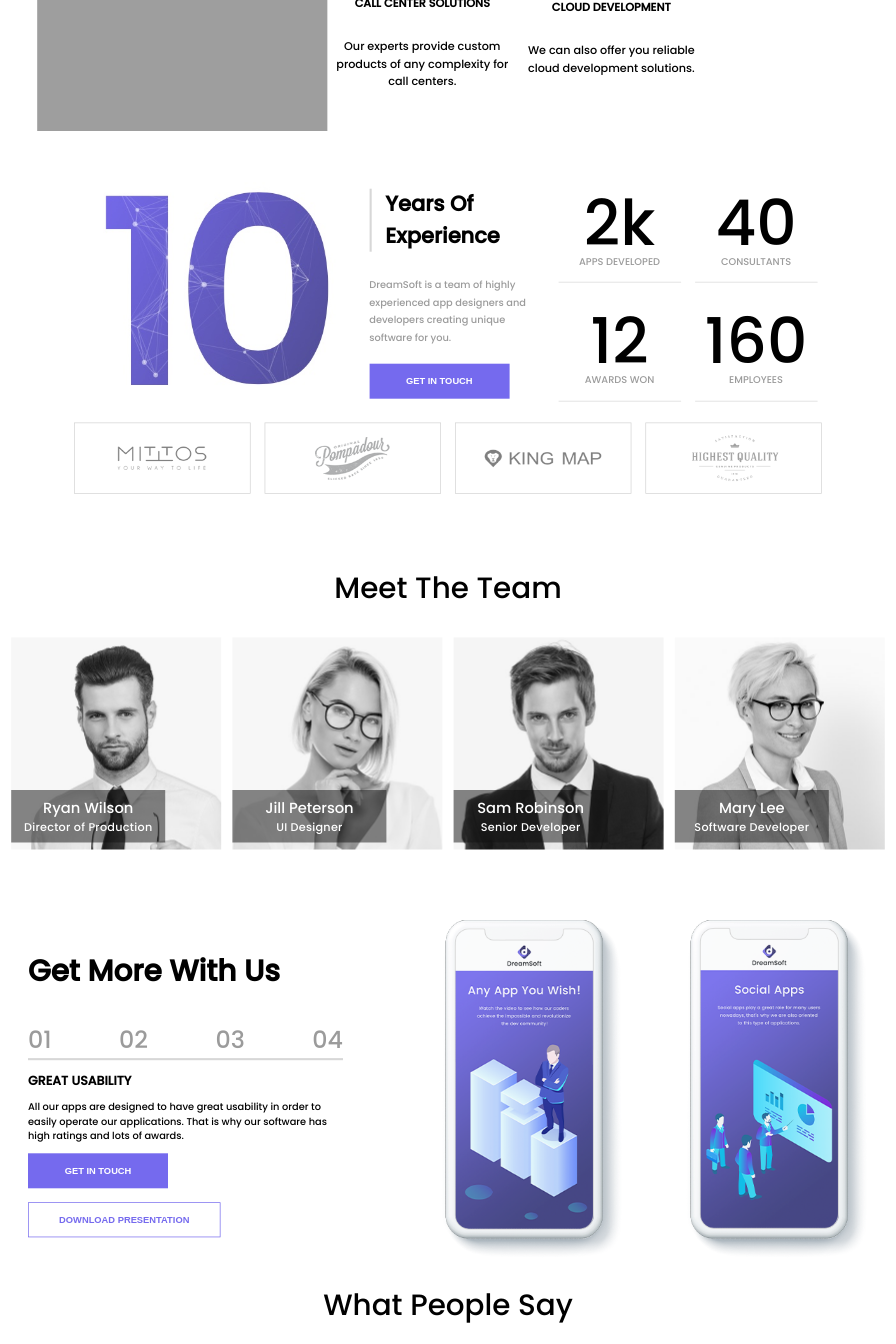
Repository: kkyler24/ladders-bootcamp-awesome
Page: index.html
The author's editor kept a copy of each file at every save. The page is drawn from the files as they stood at one save, then again after the next save.
The browser window is 1280 px wide. The pictures show the part of the page from y = 1151 to 3071 px (the page is 5790 px tall before and 5889 px after), at 70% of full size.
Pictures or frames that could not be fetched are drawn as grey boxes.

Above is the page before, as saved 2021-03-19 15:32:58.

After the next save:
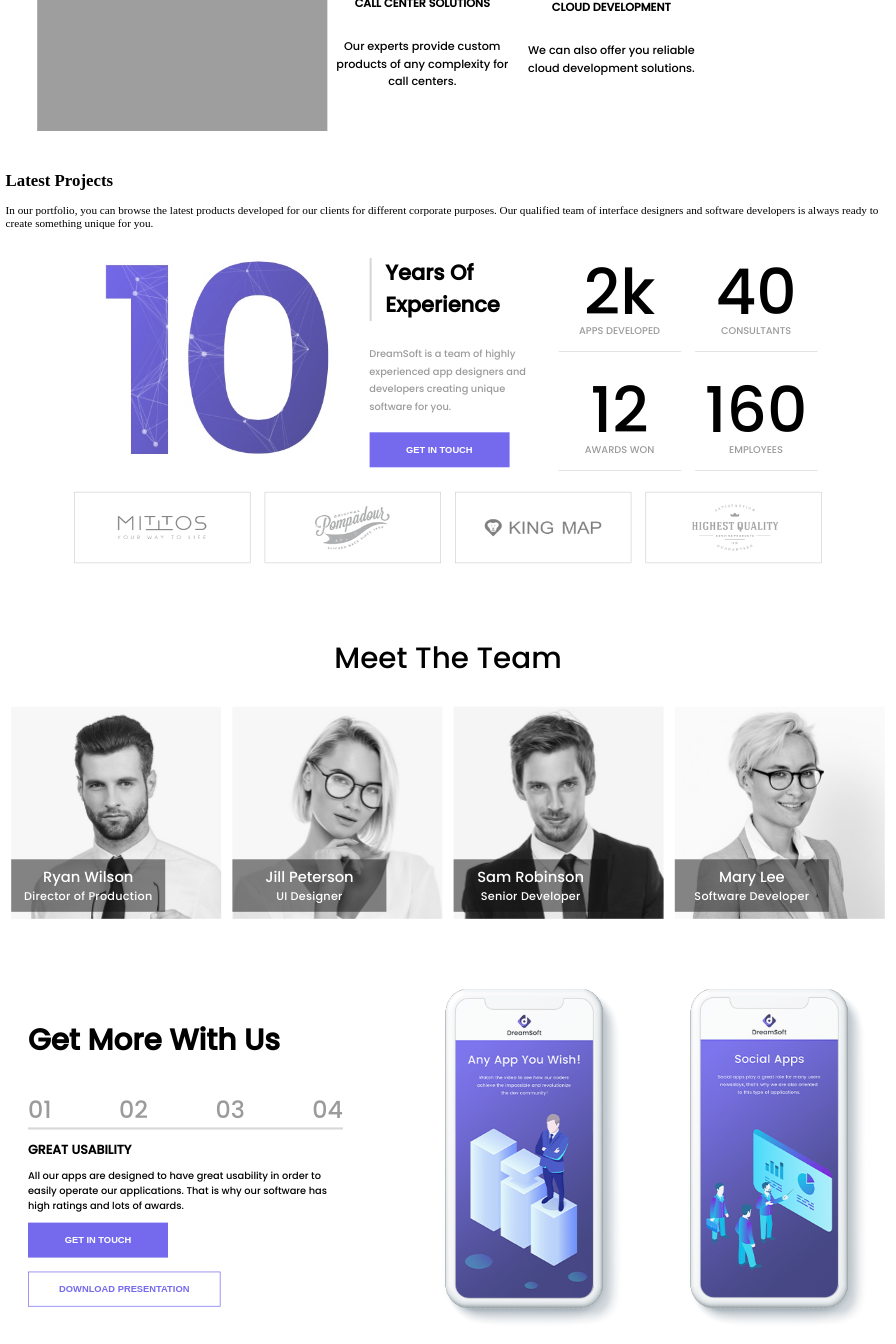
Saved 7 min 16 s later.
--- a/index.html
+++ b/index.html
@@ -121,6 +121,12 @@
 
     <section class="sectThree">
       <!-- latest Projects -->
+      <div class="latestPro">
+        <h1 id="latestPro"> Latest Projects</h1>
+        <p>In our portfolio, you can browse the latest products developed for our clients for different corporate purposes. Our qualified team of interface designers and software developers is always ready to create something unique for you.</p>
+        <div></div>
+
+      </div>
     </section>
 
     <section class="achievements-section">
